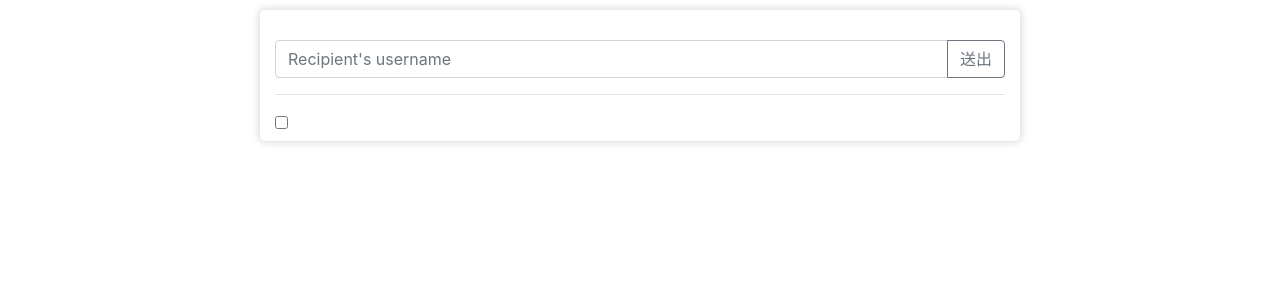
Repository: iian0910/vue3_todoList
Page: /
The author's editor kept a copy of each file at every save. The page is drawn from the files as they stood at one save, then again after the next save.
The browser window is 1280 px wide. The pictures show the whole page.
The project was rebuilt for these pictures with package versions that can differ from the ones it lists, and the page was loaded fresh each time.

Above is the page before, as saved 2021-02-23 16:05:02.

### src/App.vue
<template>
  <TodoList/>
</template>

<script lang="ts">
import { defineComponent } from 'vue'
import TodoList from './components/TodoList.vue'

export default defineComponent({
  name: 'App',
  components: {
    TodoList
  }
})
</script>

<style lang="scss">
@import './assets/scss/all';
</style>

### src/assets/scss/all.scss
@import '~bootstrap/scss/bootstrap.scss';
@import './helpers/variables';

### src/components/TodoList.vue
<template>
  <div class="container">
    <div class="row">
      <div class="col-8 offset-2 content">
        <!-- input 輸入框 -->
        <div class="input-group mb-3">
          <input
            type="text"
            class="form-control"
            placeholder="Recipient's username"
            v-model="newTodo">
          <div class="input-group-append">
            <button
              class="btn btn-outline-secondary"
              type="button"
              @click="addTodo">送出</button>
          </div>
        </div>
        <!---->
        <hr>
        <!-- List 展示 -->
        <ul class="list">
          <li class="list-item" v-for="(todo, index) in todoList" :key="index">
            <div class="form-check">
              <input class="form-check-input" type="checkbox" value="" :id="todo.id">
            </div>
          </li>
        </ul>
        <!---->
      </div>
    </div>
  </div>
</template>
<script lang="ts">
import { defineComponent, reactive, ref } from 'vue'

interface Todo {
  // eslint-disable-next-line @typescript-eslint/member-delimiter-style
  id: string
  // eslint-disable-next-line @typescript-eslint/member-delimiter-style
  title: string
}

export default defineComponent({
  name: 'TodoList',
  setup () {
    // ref:
    // 可以接受「任何型態」的資料
    // 但是不會對「物件」或「陣列」內部的屬性變動做監聽

    // reactive
    // 「只接受」物件或陣列，可以做深層的監聽
    // 以及取得資料不需要 「.value」
    const newTodo = ref('')
    const todoList = reactive([{
      id: '001',
      title: 'TEST'
    }])

    // methods
    function addTodo () {
      if (newTodo.value) {
        todoList.push({
          id: Math.floor(Date.now()).toString(),
          title: newTodo.value
        })
        newTodo.value = ''
      }
    }

    // return
    return {
      todoList,
      newTodo,
      addTodo
    }
  }
})
</script>

<style lang="scss">
.content{
  padding: 30px;
  margin: 10px auto;
  border-radius: 5px;
  box-shadow: 0px 0px 10px 0px rgba(0, 0, 0, 0.2);
}
.list{
  padding: 0;
  margin: 0;
  list-style: none;
}
</style>

Loaded but not shown: public/index.html (common file); src/main.ts (common file); src/assets/scss/helpers/_variables.scss (1146 lines, source omitted)

After the next save:
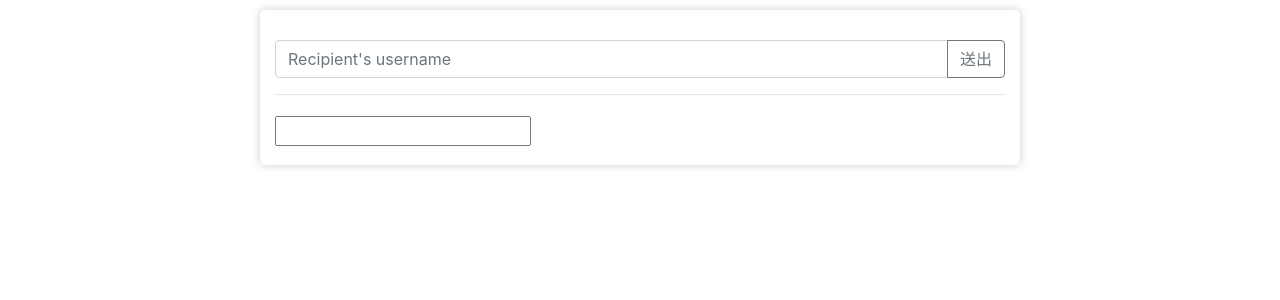
Saved 35 s later.
--- a/src/components/TodoList.vue
+++ b/src/components/TodoList.vue
@@ -22,7 +22,8 @@
         <ul class="list">
           <li class="list-item" v-for="(todo, index) in todoList" :key="index">
             <div class="form-check">
-              <input class="form-check-input" type="checkbox" value="" :id="todo.id">
+              <input class="form-check-input remove-teg" :id="todo.id">
+              <label class="form-check-label" :for="todo.id">{{todo.title}}</label>
             </div>
           </li>
         </ul>
